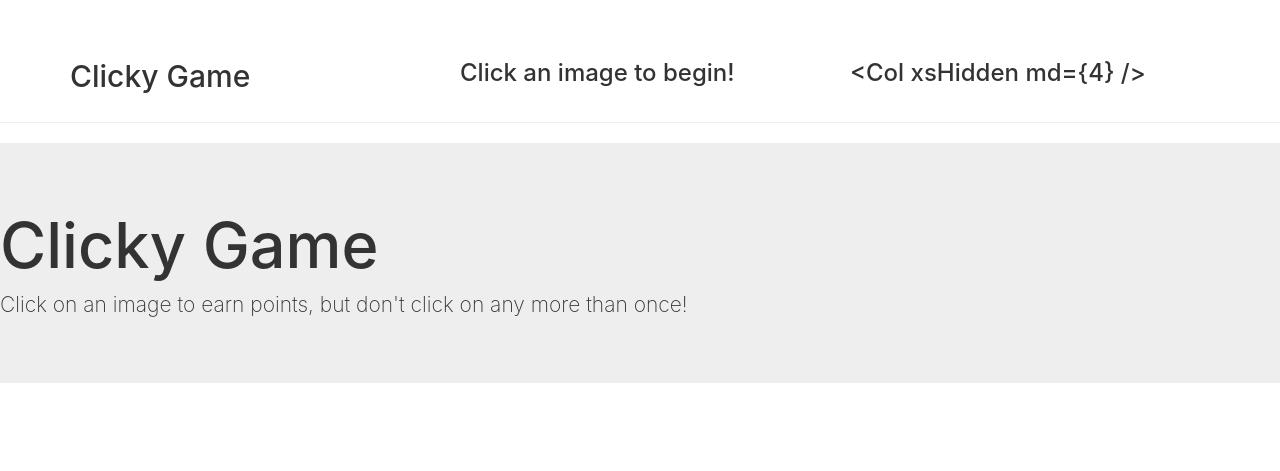
Repository: vivianuol/Clicky-game
Page: /
An editor plug-in stored every save of this project. The page is shown before and after the next save, followed by the edit.
The browser window is 1280 px wide. The pictures show the whole page.
Pictures or frames that could not be fetched are drawn as grey boxes. The project was rebuilt for these pictures with package versions that can differ from the ones it lists, and the page was loaded fresh each time. Also part of the build but not shown: src/App.css.

Above is the page before, as saved 2019-01-12 14:58:15.

### public/index.html
<!DOCTYPE html>
<html lang="en">

<head>
  <meta charset="utf-8" />
  <link rel="shortcut icon" href="%PUBLIC_URL%/favicon.ico" />
  <meta name="viewport" content="width=device-width, initial-scale=1, shrink-to-fit=no" />
  <meta name="theme-color" content="#000000" />
  <!--
      manifest.json provides metadata used when your web app is added to the
      homescreen on Android. See https://developers.google.com/web/fundamentals/web-app-manifest/
    -->
  <link rel="manifest" href="%PUBLIC_URL%/manifest.json" />
  <!--
      Notice the use of %PUBLIC_URL% in the tags above.
      It will be replaced with the URL of the `public` folder during the build.
      Only files inside the `public` folder can be referenced from the HTML.

      Unlike "/favicon.ico" or "favicon.ico", "%PUBLIC_URL%/favicon.ico" will
      work correctly both with client-side routing and a non-root public URL.
      Learn how to configure a non-root public URL by running `npm run build`.
    -->
  <!-- Latest compiled and minified CSS -->
  <link rel="stylesheet"  href="https://maxcdn.bootstrapcdn.com/bootstrap/3.3.7/css/bootstrap.min.css" integrity="sha384-BVYiiSIFeK1dGmJRAkycuHAHRg32OmUcww7on3RYdg4Va+PmSTsz/K68vbdEjh4u"
    crossorigin="anonymous">
  <title>React App</title>
</head>

<body>
  <noscript>You need to enable JavaScript to run this app.</noscript>
  <div id="root"></div>
  <!--
      This HTML file is a template.
      If you open it directly in the browser, you will see an empty page.

      You can add webfonts, meta tags, or analytics to this file.
      The build step will place the bundled scripts into the <body> tag.

      To begin the development, run `npm start` or `yarn start`.
      To create a production bundle, use `npm run build` or `yarn build`.
    -->
</body>

</html>

### src/App.js
import React, { Component } from 'react';
import logo from './logo.svg';
import './App.css';
import Header from "./components/Header"
import Board from "./components/Board"
import Main from "./components/Main"
// import Board from "./components/Footer"

class App extends Component {
  render() {
    return (
      <div>
        <Header />
        <Board />
        <Main />
        {/* <Footer /> */}
      </div>
    )
  }
}

export default App;

### src/components/Header.js
import React from "react";
import { Grid, Row, Col } from 'react-bootstrap';
import { PageHeader } from 'react-bootstrap';


export default class Header extends


    React.Component {
    render() {
        return (
            <PageHeader>
                <Grid>
                    <Row className="show-grid">
                        <Col xs={6} md={4}>
                            <h2>Clicky Game</h2>
                        </Col>
                        <Col xs={6} md={4}>
                            <h3>Click an image to begin!</h3>
                        </Col>
                        <Col xsHidden md={4}>
                            <h3>{'<Col xsHidden md={4} />'}</h3>
                        </Col>
                    </Row>
                </Grid>
            </PageHeader>
        );
    }
}

### src/components/Board.js
import React from "react";
import { Jumbotron } from 'react-bootstrap';


export default class Board extends
    React.Component {
    render() {
        return (
            <Jumbotron>
                <h1>Clicky Game</h1>
                <p>
                Click on an image to earn points, but don't click on any more than once!
                </p>

            </Jumbotron>
        );
    }
}

### src/components/Main.js
import React from "react";
import {  } from 'react-bootstrap';


    var styles = {
        backgroundImage: 'url(assets/images/bartsimpson.jpg)'
    }


export default class Main extends
    React.Component {

    render() {
        return (
            <div className="container">
                <div role="img"
                className="click-item" style={styles}></div>
            </div>
        );
    }
}

Loaded but not shown: src/index.js (common file); src/index.css (common file); src/serviceWorker.js (common file)

After the next save:
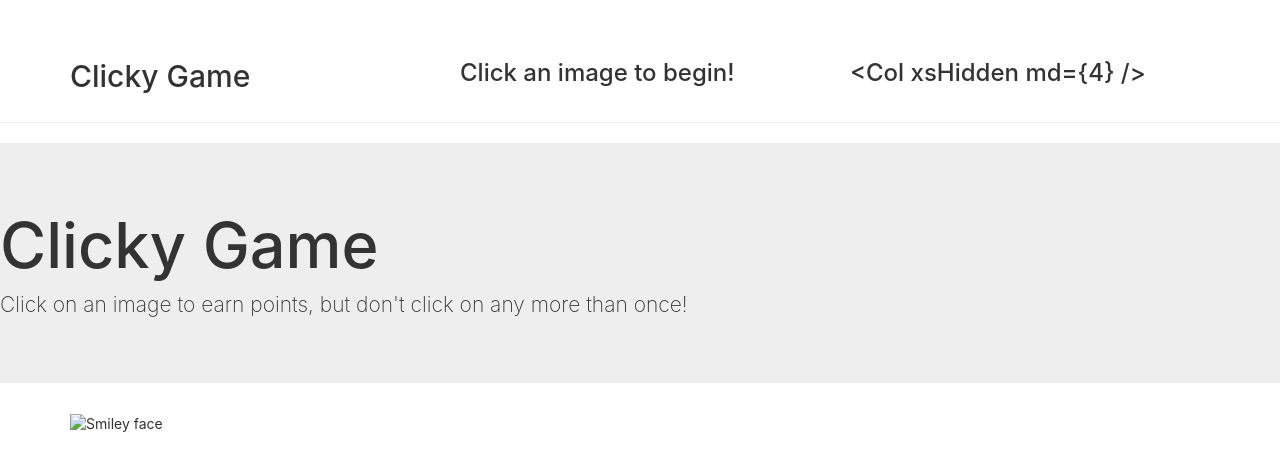
Saved 10 min 5 s later.
--- a/src/components/Main.js
+++ b/src/components/Main.js
@@ -13,8 +13,7 @@
     render() {
         return (
             <div className="container">
-                <div role="img"
-                className="click-item" style={styles}></div>
+                <img src="." alt="Smiley face" height="42" width="42"></img>
             </div>
         );
     }
